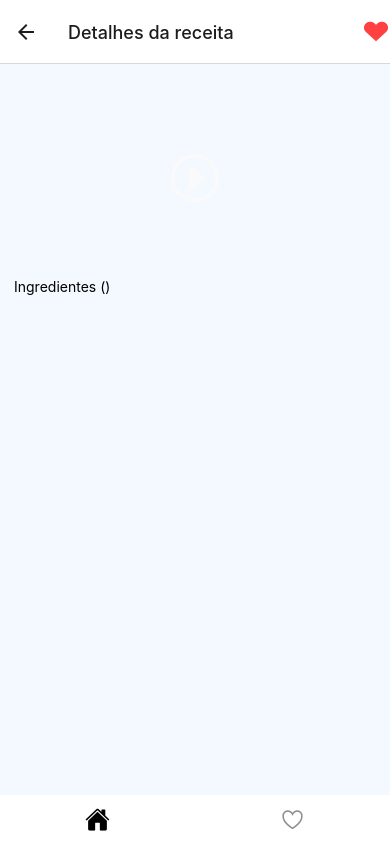
Repository: pheonix5/Receitas
Screen: /Detail
The author's editor kept a copy of each file at every save. The screen is drawn from the files as they stood at one save, then again after the next save.
The page's requests for data from a server got no answer. The app was drawn by React Native's web renderer in a window 390 px wide. The project was rebuilt for these pictures with package versions that can differ from the ones it lists, and the page was loaded fresh each time. No one was signed in, and anything a server would have sent is missing. Also part of the build but not shown: src/components/foodlist/index.js, src/pages/search/index.js, src/pages/favorites/index.js.

Above is the screen before, as saved 2023-04-08 20:11:20.

After the next save:
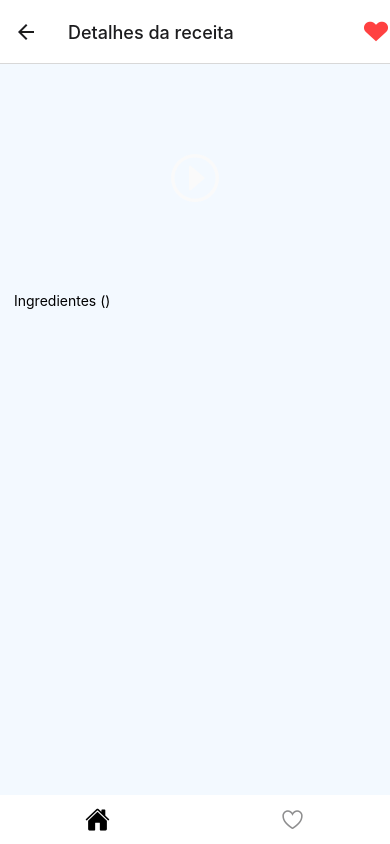
Saved 28 s later.
--- a/src/pages/detail/index.js
+++ b/src/pages/detail/index.js
@@ -66,5 +66,11 @@ const styles = StyleSheet.create({
       top: 0, left: 0, right: 0, bottom: 0,
       alignItems: 'center',
       justifyContent: 'center'
+    },
+    title:{
+      fontSize: 18,
+      marginTop: 14,
+      fontWeight: 'bold',
+      color: '#000'
     }
 })
